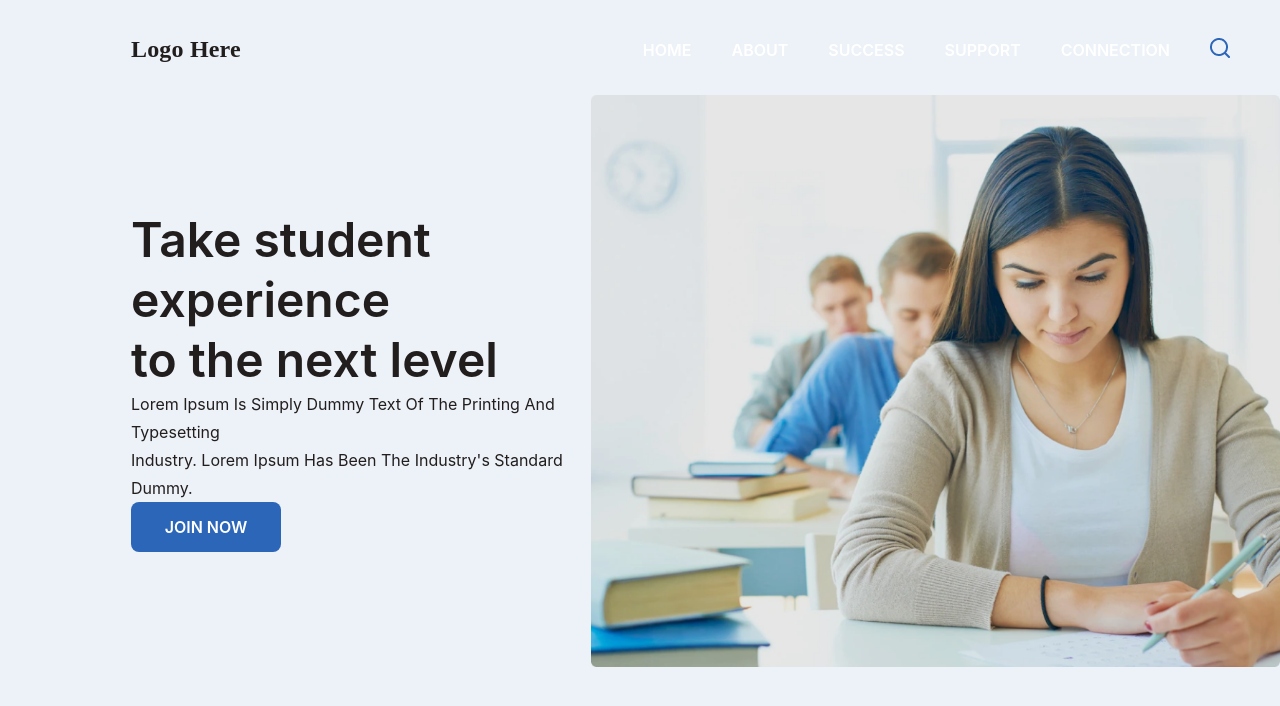
Repository: FaridRustamov09/Final-Task
Page: Pages/homePage/index.html
These files come from the project's save history. The page is drawn as it stood at one moment and after the next save; the edit follows.
The browser window is 1280 px wide. The pictures show the whole page.
The style sheet was rebuilt from its Sass, Less or Tailwind sources for each picture, by a compiler version that may differ from the author's.

Above is the page before, as saved 2024-07-14 20:20:40.

After the next save:
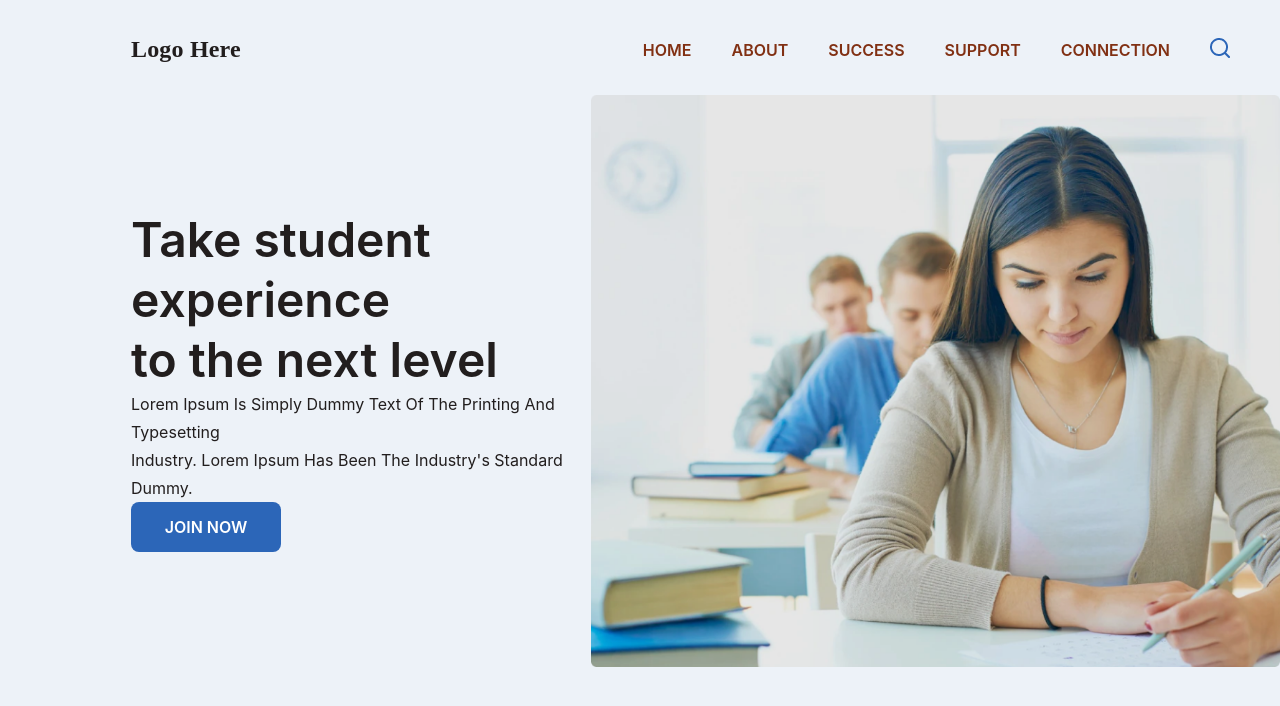
Saved 19 s later.
--- a/Pages/homePage/index.scss
+++ b/Pages/homePage/index.scss
@@ -38,7 +38,7 @@
           line-height: normal;
           text-transform: uppercase;
           text-decoration: none;
-          color: white;
+          color: var(--Kobe-Hover, #813013);
           &:hover{
             color: #2c66b8;
           }
